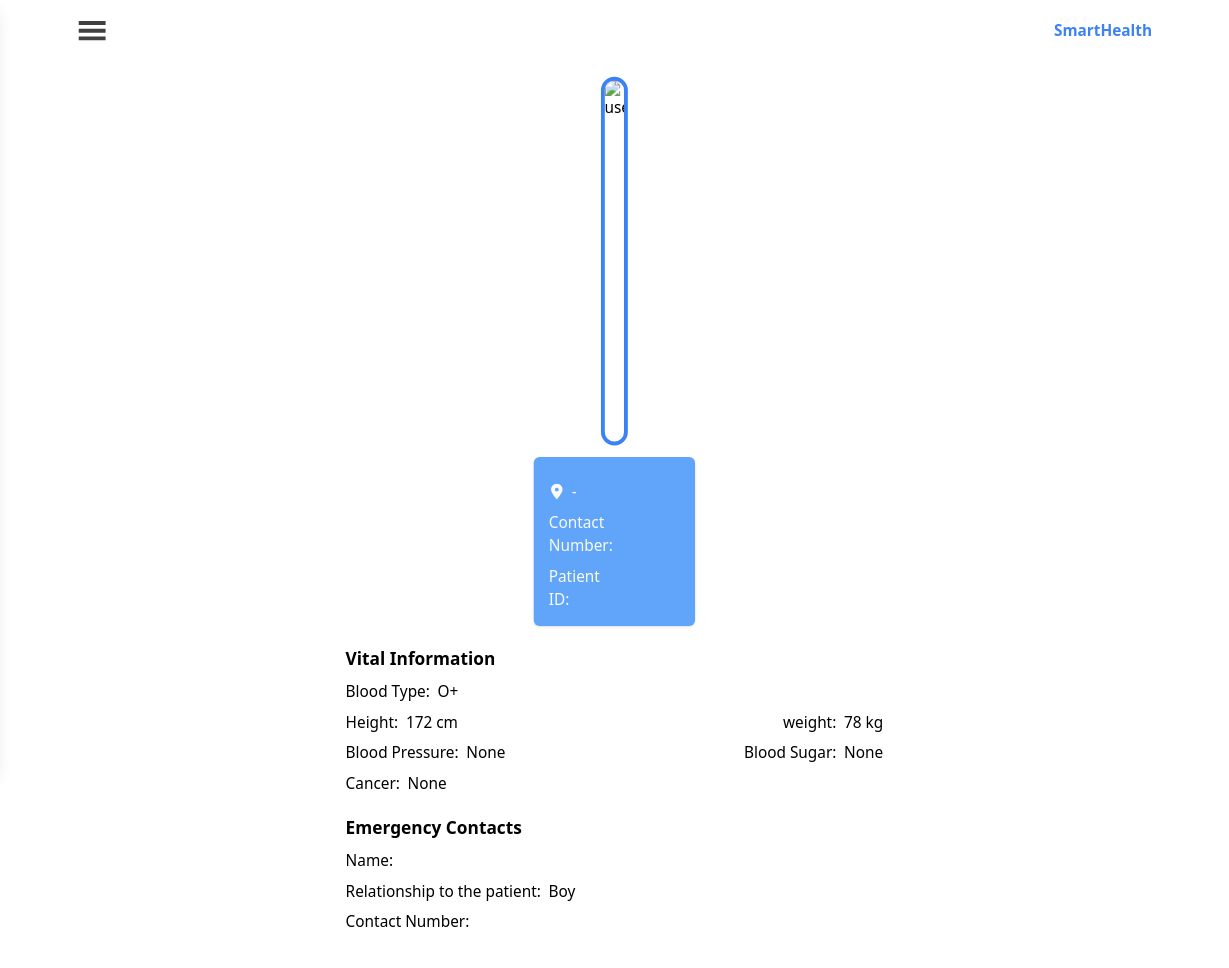
Repository: Sanaa00/HI-user
Page: /home
An editor plug-in stored every save of this project. The page is shown before and after the next save, followed by the edit.
The browser window is 1280 px wide. The pictures show the whole page, at 96% of full size.
The page's requests for data from a server got no answer. The project was rebuilt for these pictures with package versions that can differ from the ones it lists, and the page was loaded fresh each time. No one was signed in, and anything a server would have sent is missing. Also part of the build but not shown: vite.config.js, src/App.css, src/Components/Pagination.jsx, src/Pages/Prescription.jsx, src/Components/modalComponent.jsx, src/Pages/Laboratory.jsx, src/Pages/Radiographic.jsx, src/Components/InputField.jsx and 2 more.

Above is the page before, as saved 2024-01-12 20:52:28.

### src/main.jsx
import React from 'react';
import ReactDOM from 'react-dom/client';
import App from './App.jsx';
import './index.css';
import Modal from 'react-modal';
import { BrowserRouter } from 'react-router-dom';
Modal.setAppElement('#root');
ReactDOM.createRoot(document.getElementById('root')).render(
  <React.StrictMode>
    <BrowserRouter>
      {/* <Provider store={store}> */}
      <App />
      {/* </Provider>{' '} */}
    </BrowserRouter>
  </React.StrictMode>,
);

### src/App.jsx
import { Route, Routes } from 'react-router-dom';
import './App.css';
import Home from './Pages/Home';
// import Test from './Pages/Test';
import Navbar from './Components/Navbar';
import Prescription from './Pages/Prescription';
import Laboratory from './Pages/Laboratory';
import Radiographic from './Pages/Radiographic';
import ModalComponent from './Components/modalComponent';
import Login from './Pages/Login';
import SignUp from './Pages/SignUp';

function App() {
  return (
    <>
      <Navbar />
      <Routes>
        <Route path="/home" element={<Home />} />
        <Route path="/laboratory" element={<Laboratory />}>
          <Route path=":id" element={<ModalComponent />} />
        </Route>
        <Route path="/Radiographic" element={<Radiographic />} />
        <Route path="/Prescription" element={<Prescription />} />
        <Route path="/" element={<Login />} />
        <Route path="/signup" element={<SignUp />} />
        {/* <Route path="products" element={<Products />} />
          <Route path="setting" element={<Setting />} />
          <Route path="hide" element={<HideProducts />} /> */}
        {/* </Route> */}
      </Routes>
    </>
  );
}

export default App;

### src/Pages/Home.jsx
import { useEffect, useState } from 'react';
import { supabase } from '../supabaseClient';
import { FaLocationDot } from 'react-icons/fa6';
function Home() {
  const [data, setData] = useState([]);

  useEffect(() => {
    const fetchData = async () => {
      const { data, error } = await supabase
        .from('personInformation')
        .select('*')
        .eq('id', 34567890)
        .single();
      console.log('first', data);
      if (error) console.log('Error', error);
      else setData(data);
    };

    fetchData();
  }, []);
  return (
    <div className="mt-16 min-h-screen p-4 sm:px-10 md:px-20  flex flex-col lg:items-center">
      <div className="flex justify-center items-center">
        {console.log(data)}{' '}
        <img
          className="object-cover rounded-full w-72 border-4 border-blue-500 h-72 lg:w-1/2 lg:h-96 "
          src={data.userImage}
          alt="user"
        />
      </div>
      {/* <div className="mt-5 text-center font-bold text-lg lg:w-1/2">
        Personal Information
      </div> */}
      <div className="mt-3 lg:w-1/2 flex justify-center items-center">
        {/* <span>Name:</span> */}
        <span className="ml-2 font-semibold">{data.fullName}</span>
      </div>{' '}
      {/* <div className="mt-2 flex justify-between items-center lg:w-1/2"> */}
      {/* <span>
          {' '}
          <span>DOB:</span>
          <span className="ml-2">{data.dateOfBirth}</span>
        </span>{' '}
        <span>
          {' '}
          <span>Gender:</span>
          <span className="ml-2">{data.gender}</span>
        </span> */}
      {/* </div>{' '} */}
      <div className="bg-blue-400 text-neutral-50 rounded-md p-4 shadow ">
        {' '}
        <div className="mt-2 flex justify-between items-center lg:w-1/2">
          <span className="flex items-center flex-row">
            {' '}
            <span>
              <FaLocationDot />
            </span>
            <span className="ml-2">
              {data.city}-{data.address}
            </span>
          </span>
        </div>
        {/* ****************** */}
        <div className="mt-2 flex justify-between items-center lg:w-1/2">
          <span>
            {' '}
            <span>Contact Number:</span>
            <span className="ml-2">{data.contactNumber}</span>
          </span>{' '}
        </div>{' '}
        <div className="mt-2 flex justify-between items-center lg:w-1/2">
          <span>
            {' '}
            <span>Patient ID:</span>
            <span className="ml-2">{data.id}</span>
          </span>{' '}
        </div>
      </div>
      {/* **********vital information*********** */}
      <div className="mt-5 font-bold text-lg lg:w-1/2">Vital Information</div>
      <div className="mt-2 flex justify-between items-center lg:w-1/2">
        <span>
          {' '}
          <span>Blood Type:</span>
          <span className="ml-2">O+</span>
        </span>{' '}
      </div>{' '}
      <div className="mt-2 flex justify-between items-center lg:w-1/2">
        <span>
          {' '}
          <span>Height:</span>
          <span className="ml-2">172 cm</span>
        </span>{' '}
        <span>
          {' '}
          <span>weight:</span>
          <span className="ml-2">78 kg</span>
        </span>{' '}
      </div>{' '}
      <div className="mt-2 flex justify-between items-center lg:w-1/2">
        <span>
          {' '}
          <span>Blood Pressure:</span>
          <span className="ml-2">None</span>
        </span>{' '}
        <span>
          {' '}
          <span>Blood Sugar:</span>
          <span className="ml-2">None</span>
        </span>{' '}
      </div>{' '}
      <div className="mt-2 flex justify-between items-center lg:w-1/2">
        <span>
          {' '}
          <span>Cancer:</span>
          <span className="ml-2">None</span>
        </span>{' '}
      </div>{' '}
      {/* ***************Emergency Contacts********** */}
      <div className="mt-5 font-bold text-lg lg:w-1/2">Emergency Contacts</div>
      <div className="mt-2 flex justify-between items-center lg:w-1/2">
        <span>
          {' '}
          <span>Name:</span>
          <span className="ml-2">{data.emergencyContactName}</span>
        </span>{' '}
      </div>{' '}
      <div className="mt-2 flex justify-between items-center lg:w-1/2">
        <span>
          {' '}
          <span>Relationship to the patient:</span>
          <span className="ml-2">Boy</span>
        </span>{' '}
      </div>{' '}
      <div className="mt-2 mb-5 flex justify-between items-center lg:w-1/2">
        <span>
          {' '}
          <span>Contact Number:</span>
          <span className="ml-2">{data.emergencyContactNumber}</span>
        </span>{' '}
      </div>
    </div>
  );
}

export default Home;

### src/Components/Navbar.jsx
import { useState } from 'react';
import { Link, NavLink } from 'react-router-dom';
import { GiHamburgerMenu } from 'react-icons/gi';
import { IoCloseSharp } from 'react-icons/io5';
function Navbar() {
  const [open, setOpen] = useState(false);
  return (
    <div className="flex text-neutral-700 top-0 z-50 fixed px-4 sm:px-10 md:px-20 justify-between items-center bg-white h-16 w-full">
      <div
        className={` flex justify-between hover:bg-opacity-80 duration-500 hover:duration-500 items-center w-full h-full text-lg font-bold`}
      >
        <button onClick={() => setOpen(!open)} className="">
          <GiHamburgerMenu className="w-8 h-8" />
        </button>{' '}
        <div
          className={` bg-white rounded-sm  flex flex-col fixed w-4/5 lg:w-96 top-0 z-40 left-0 shadow-lg transform duration-500 ease-in-out ${
            open ? 'translate-x-0' : '-translate-x-full'
          }`}
        >
          <button
            onClick={() => setOpen(!open)}
            className="mt-3 mb-2 left-0 px-3 flex h-16"
          >
            <IoCloseSharp className="w-9 h-9" />
          </button>

          <div className="w-full h-screen flex flex-col text-orange p-4">
            <Link to="/home" onClick={() => setOpen(!open)} className="pb-3">
              Person Information
            </Link>
            <Link
              to="/Radiographic"
              onClick={() => setOpen(!open)}
              className="py-3"
            >
              Radiographic examination
            </Link>
            <Link
              to="/laboratory"
              onClick={() => setOpen(!open)}
              className="py-3"
            >
              Laboratory examination
            </Link>
            <Link
              to="/Prescription"
              onClick={() => setOpen(!open)}
              className="py-3"
            >
              Prescription
            </Link>
          </div>
        </div>
      </div>
      <NavLink to="/home" className="ml-2 font-bold text-blue-500">
        SmartHealth
      </NavLink>
    </div>
  );
}

export default Navbar;

### src/supabaseClient.js
import { createClient } from '@supabase/supabase-js';

const supabaseUrl =
    import.meta.env.VITE_REACT_APP_SUPABASE_URL;
const supabaseAnonKey =
    import.meta.env.VITE_REACT_APP_SUPABASE_ANON_KEY;

export const supabase = createClient(supabaseUrl, supabaseAnonKey);

Loaded but not shown: index.html (common file); src/index.css (common file); tailwind.config.js (common file)

After the next save:
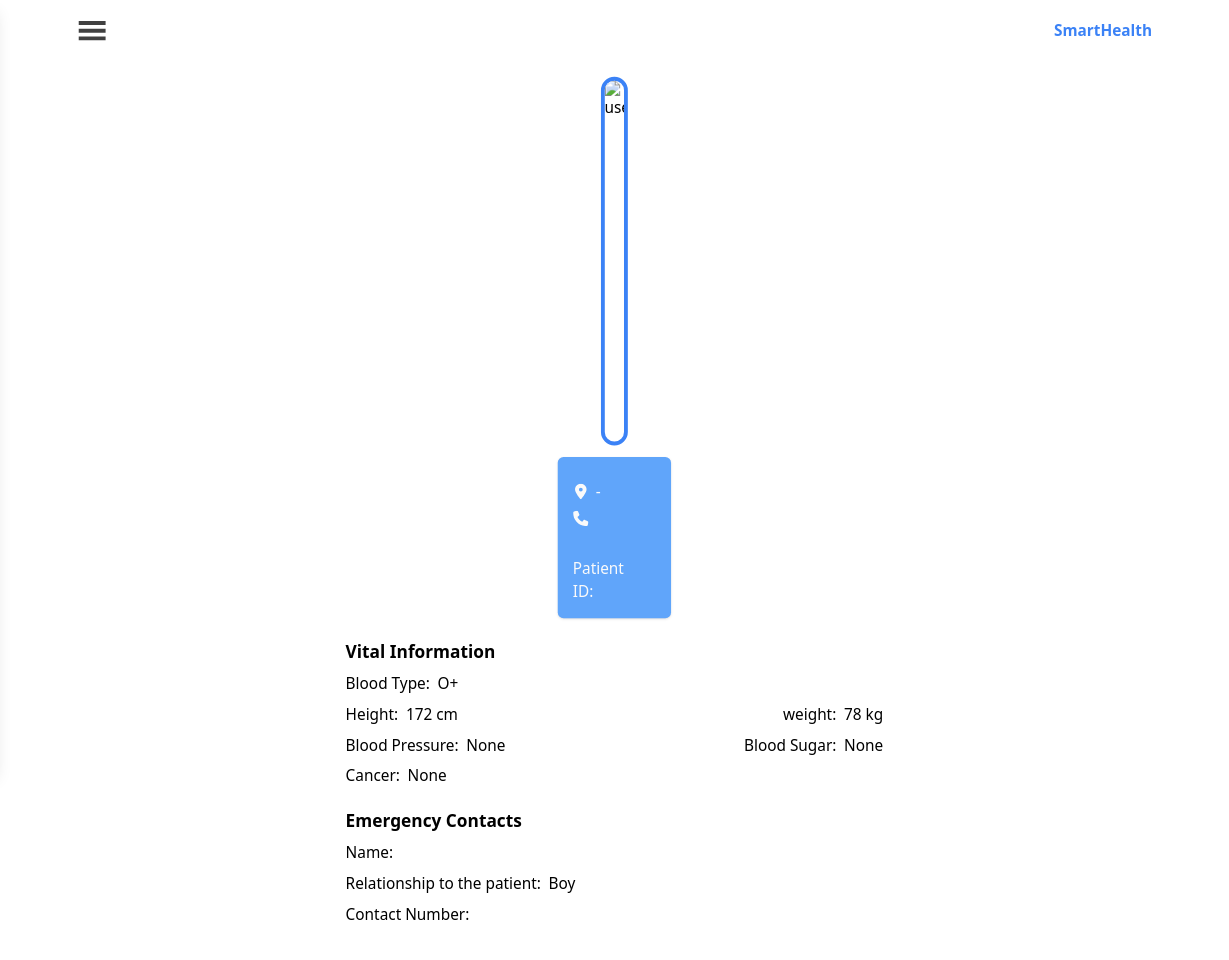
Saved 44 s later.
--- a/src/Pages/Home.jsx
+++ b/src/Pages/Home.jsx
@@ -1,6 +1,6 @@
 import { useEffect, useState } from 'react';
 import { supabase } from '../supabaseClient';
-import { FaLocationDot } from 'react-icons/fa6';
+import { FaLocationDot, FaPhone } from 'react-icons/fa6';
 function Home() {
   const [data, setData] = useState([]);
 
@@ -64,7 +64,9 @@ function Home() {
         <div className="mt-2 flex justify-between items-center lg:w-1/2">
           <span>
             {' '}
-            <span>Contact Number:</span>
+            <span>
+              <FaPhone />
+            </span>
             <span className="ml-2">{data.contactNumber}</span>
           </span>{' '}
         </div>{' '}
